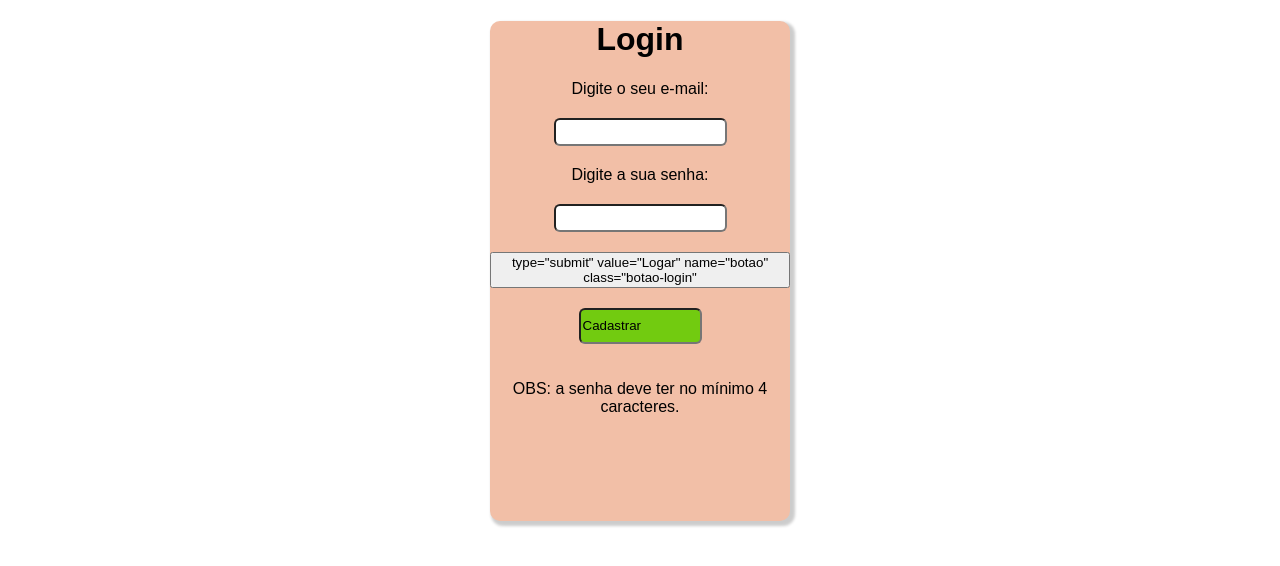
Repository: leviviana21/Java-web-login
Page: http://localhost/conexao_bd/
These files come from the project's save history. The page is drawn as it stood at one moment and after the next save; the edit follows.
The browser window is 1280 px wide. The pictures show the whole page.
The page is served by Tomcat 9.

Above is the page before, as saved 2025-06-20 16:38:17.

After the next save:
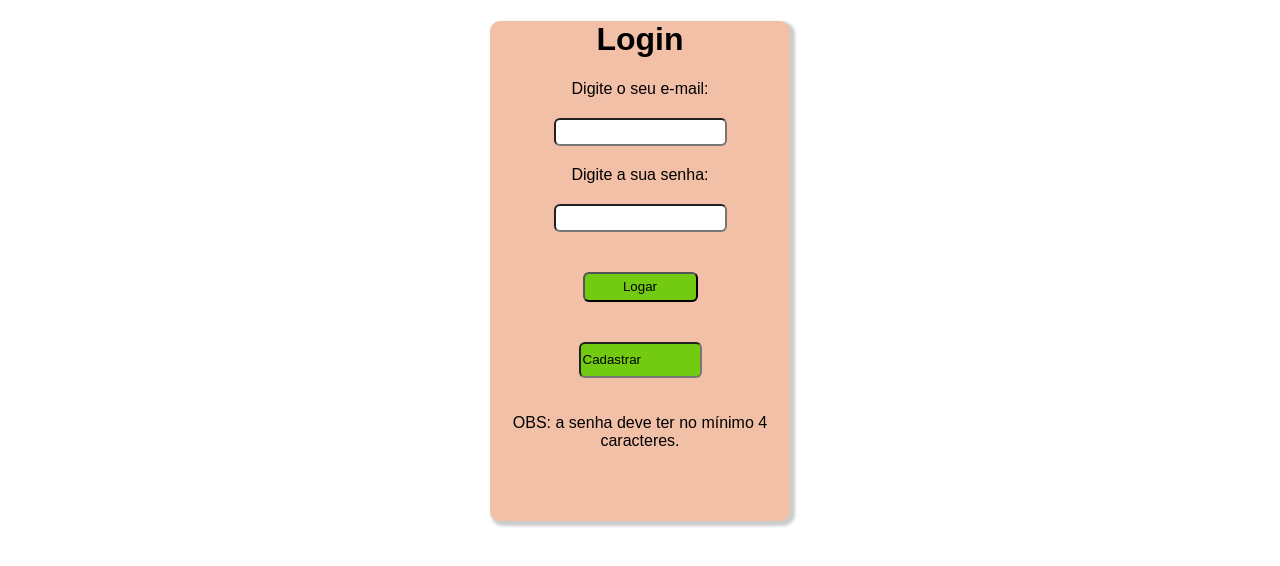
Saved 29 s later.
--- a/conexao_bd/src/main/webapp/index.jsp
+++ b/conexao_bd/src/main/webapp/index.jsp
@@ -18,7 +18,7 @@
         <label>Digite a sua senha: </label>
         <input type="password" name="txtSenha" class="emailsenha" >
         <br>
-        <button> type="submit" value="Logar" name="botao" class="botao-login"</button>
+        <button type="submit" value="Logar" name="botao" class="botao-login">Logar</button>
         <input  onclick="window.location.href = dashboard.jsp" value="Cadastrar" name="botao" class="botao-login">
         <p>OBS: a senha deve ter no mínimo 4 caracteres.</p>
         <%
